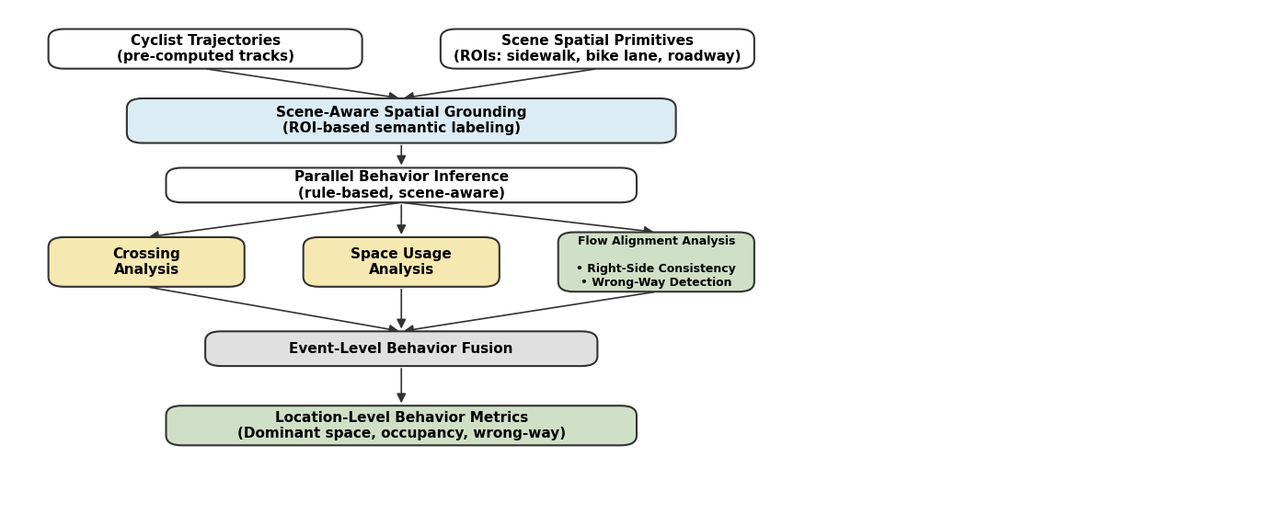
Repository: ao-he/Bicylist-System-726
Script's output: python bicyclist-system/notebooks/1.py
An editor plug-in stored every save of this project. The script's output is shown before and after the next save, followed by the edit.
The pictures are shown at 92% of full size.
Figures wider than 1,400 px are first shrunk to that width. Random numbers start from a fixed seed.

Above is the script's output before, as saved 2026-01-23 01:22:12.

After the next save:
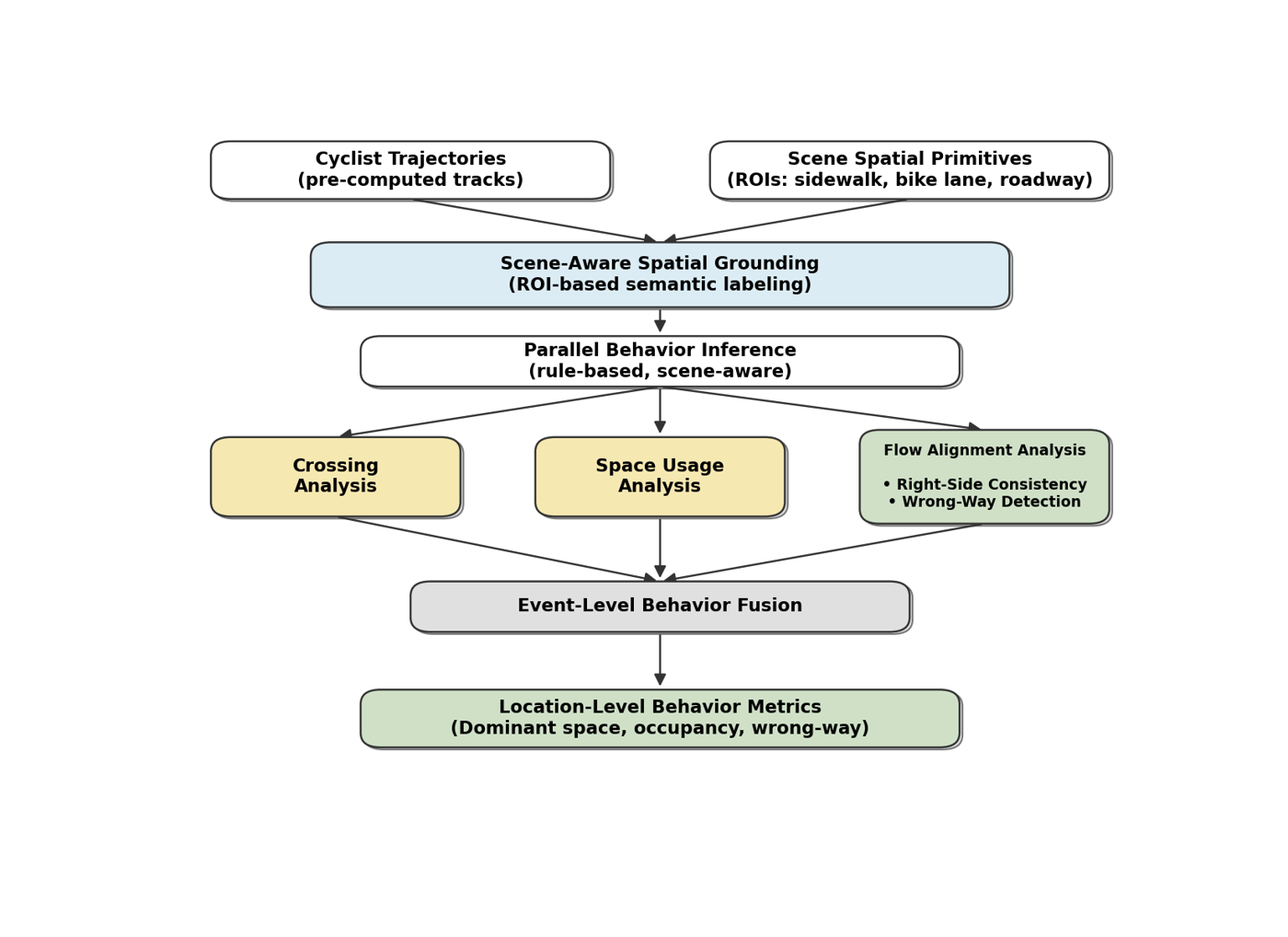
Saved 42 s later.
--- a/bicyclist-system/notebooks/1.py
+++ b/bicyclist-system/notebooks/1.py
@@ -2,51 +2,55 @@ import matplotlib.pyplot as plt
 from matplotlib.patches import FancyBboxPatch
 import os
 
-# 配置全局样式
+# --- 样式配置 ---
 STYLE = {
-    "ground": "#DCECF4",
-    "module": "#F6E8B1",
-    "flow":   "#CFE0C7",
-    "fusion": "#E0E0E0",
-    "output": "#CFE0C7",
+    "ground": "#DCECF4",  # 淡蓝色
+    "module": "#F6E8B1",  # 淡黄色
+    "flow":   "#CFE0C7",  # 淡绿色
+    "fusion": "#E0E0E0",  # 灰色
+    "output": "#CFE0C7",  # 淡绿色
     "white":  "#FFFFFF",
     "edge":   "#333333",
-    "font":   "sans-serif"
 }
 
 def draw_node(ax, rect, text, fc=STYLE["white"], fontsize=11):
-    """绘制带文本的圆角矩形节点"""
+    """绘制带文本和阴影效果的圆角矩形节点"""
     x, y, w, h = rect
+
+    # 增加微小阴影效果 (简单实现：在底层画一个偏移的灰色框)
+    shadow_offset = 0.003
+    ax.add_patch(FancyBboxPatch(
+        (x + shadow_offset, y - shadow_offset), w, h,
+        boxstyle="round,pad=0,rounding_size=0.02",
+        facecolor="#BCBCBC", alpha=0.5, zorder=1
+    ))
+
+    # 主体框
     box = FancyBboxPatch(
         (x, y), w, h,
         boxstyle="round,pad=0,rounding_size=0.02",
-        linewidth=1.5, edgecolor=STYLE["edge"], facecolor=fc,
+        linewidth=1.2, edgecolor=STYLE["edge"], facecolor=fc,
         zorder=2
     )
     ax.add_patch(box)
 
-    # 自动处理换行
+    # 文本居中
     ax.text(x + w/2, y + h/2, text,
             ha="center", va="center",
             fontsize=fontsize, fontweight="bold",
             linespacing=1.2, zorder=3)
     return (x, y, w, h)
 
-def draw_arrow(ax, start_rect, end_rect, start_side="bottom", end_side="top"):
+def draw_arrow(ax, start_rect, end_rect):
     """
-    基于矩形位置自动计算箭头的连接点
-    sides: 'top', 'bottom', 'left', 'right'
+    自动计算从上层节点底部中心到下层节点顶部中心的箭头
     """
-    def get_point(r, side):
-        x, y, w, h = r
-        if side == "top":    return (x + w/2, y + h)
-        if side == "bottom": return (x + w/2, y)
-        if side == "left":   return (x, y + h/2)
-        if side == "right":  return (x + w, y + h/2)
-        return (x + w/2, y + h/2)
+    x1, y1, w1, h1 = start_rect
+    x2, y2, w2, h2 = end_rect
 
-    p1 = get_point(start_rect, start_side)
-    p2 = get_point(end_rect, end_side)
+    # 起点：上层方框底部中心；终点：下层方框顶部中心
+    p1 = (x1 + w1/2, y1)
+    p2 = (x2 + w2/2, y2 + h2)
 
     ax.annotate("", xy=p2, xytext=p1,
                 arrowprops=dict(arrowstyle="-|>", lw=1.2, color=STYLE["edge"],
@@ -54,38 +58,43 @@ def draw_arrow(ax, start_rect, end_rect, start_side="bottom", end_side="top"):
                 zorder=1)
 
 def main():
-    fig, ax = plt.subplots(figsize=(11, 7), dpi=120)
+    # 设置画布
+    fig, ax = plt.subplots(figsize=(11, 8), dpi=150)
     ax.set_xlim(0, 1)
     ax.set_ylim(0, 1)
     ax.axis("off")
 
-    # 1. 定义节点坐标 (x, y, w, h)
-    # 输入层
-    n_traj = draw_node(ax, (0.05, 0.88, 0.4, 0.08), "Cyclist Trajectories\n(pre-computed tracks)")
+    # --- 1. 绘制节点 (基于你的 Pipeline 逻辑) --- [cite: 5, 7, 11]
+
+    # 输入层 [cite: 1, 3]
+    n_traj  = draw_node(ax, (0.05, 0.88, 0.4, 0.08), "Cyclist Trajectories\n(pre-computed tracks)")
     n_scene = draw_node(ax, (0.55, 0.88, 0.4, 0.08), "Scene Spatial Primitives\n(ROIs: sidewalk, bike lane, roadway)")
 
-    # 处理层
+    # 空间接地层 [cite: 5]
     n_ground = draw_node(ax, (0.15, 0.73, 0.7, 0.09), "Scene-Aware Spatial Grounding\n(ROI-based semantic labeling)", fc=STYLE["ground"])
-    n_infer  = draw_node(ax, (0.2, 0.61, 0.6, 0.07), "Parallel Behavior Inference\n(rule-based, scene-aware)")
 
-    # 并行分析模块
-    n_cross = draw_node(ax, (0.05, 0.44, 0.25, 0.1), "Crossing\nAnalysis", fc=STYLE["module"])
-    n_space = draw_node(ax, (0.375, 0.44, 0.25, 0.1), "Space Usage\nAnalysis", fc=STYLE["module"])
-    n_flow  = draw_node(ax, (0.7, 0.43, 0.25, 0.12), "Flow Alignment Analysis\n\n• Right-Side Consistency\n• Wrong-Way Detection", fc=STYLE["flow"], fontsize=9)
+    # 推理层 [cite: 7]
+    n_infer  = draw_node(ax, (0.2, 0.62, 0.6, 0.07), "Parallel Behavior Inference\n(rule-based, scene-aware)")
 
-    # 融合与输出
+    # 并行分析模块 (Crossing, Space, Flow) [cite: 2, 8, 9]
+    n_cross = draw_node(ax, (0.05, 0.44, 0.25, 0.11), "Crossing\nAnalysis", fc=STYLE["module"])
+    n_space = draw_node(ax, (0.375, 0.44, 0.25, 0.11), "Space Usage\nAnalysis", fc=STYLE["module"])
+    n_flow  = draw_node(ax, (0.7, 0.43, 0.25, 0.13), "Flow Alignment Analysis\n\n• Right-Side Consistency\n• Wrong-Way Detection", fc=STYLE["flow"], fontsize=9)
+
+    # 融合与输出层 [cite: 11, 12]
     n_fusion = draw_node(ax, (0.25, 0.28, 0.5, 0.07), "Event-Level Behavior Fusion", fc=STYLE["fusion"])
     n_output = draw_node(ax, (0.2, 0.12, 0.6, 0.08), "Location-Level Behavior Metrics\n(Dominant space, occupancy, wrong-way)", fc=STYLE["output"])
 
-    # 2. 建立连接 (逻辑更清晰)
-    # 输入 -> Grounding (斜线)
-    draw_arrow(ax, n_traj, n_ground, "bottom", "top")
-    draw_arrow(ax, n_scene, n_ground, "bottom", "top")
+    # --- 2. 建立连接箭头 ---
+
+    # 输入 -> Grounding
+    draw_arrow(ax, n_traj, n_ground)
+    draw_arrow(ax, n_scene, n_ground)
 
     # Grounding -> Inference
     draw_arrow(ax, n_ground, n_infer)
 
-    # Inference -> 三个并行模块
+    # Inference -> 三个并行子模块
     draw_arrow(ax, n_infer, n_cross)
     draw_arrow(ax, n_infer, n_space)
     draw_arrow(ax, n_infer, n_flow)
@@ -98,10 +107,14 @@ def main():
     # Fusion -> Output
     draw_arrow(ax, n_fusion, n_output)
 
-    # 保存
+    # --- 3. 保存 ---
     os.makedirs("figures", exist_ok=True)
-    plt.savefig("figures/pipeline_optimized.png", bbox_inches="tight", bg_color="white")
-    print("Successfully saved optimized pipeline.")
+    # 修复：使用 facecolor="white" 替代错误的 bg_color
+    plt.savefig("figures/pipeline_optimized.png", bbox_inches="tight", facecolor="white")
+    plt.savefig("figures/pipeline_optimized.pdf", bbox_inches="tight", facecolor="white")
+
+    plt.show()
+    print("图像已成功保存至 figures 文件夹。")
 
 if __name__ == "__main__":
     main()
